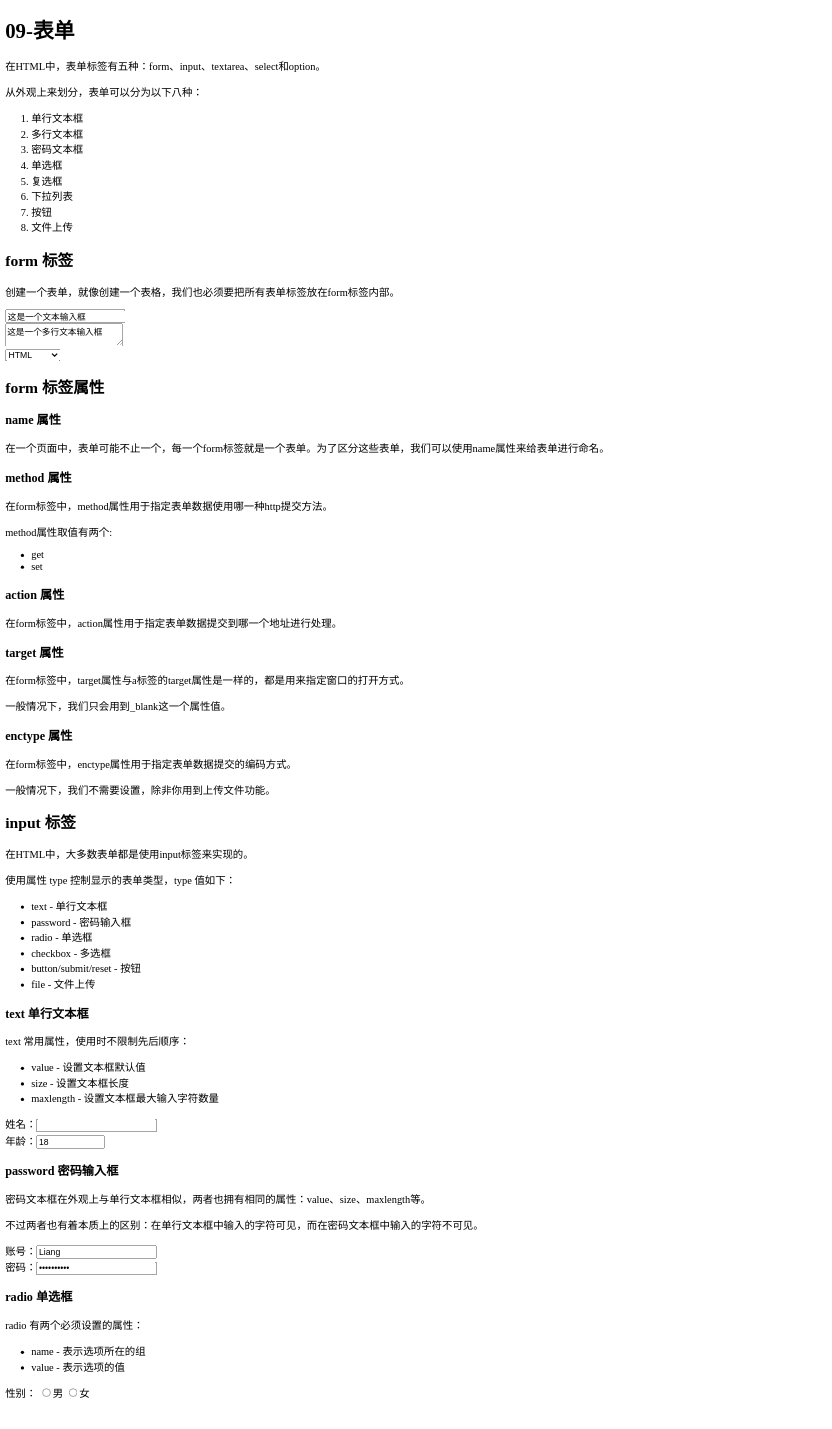
Repository: liang-n/front-end-basics
Page: 09-表单.html
The author's editor kept a copy of each file at every save. The page is drawn from the files as they stood at one save, then again after a run of saves.
The browser window is 1280 px wide. The pictures show the whole page, at 65% of full size.

Above is the page before, as saved 2022-05-15 16:59:56.

After the next 4 saves:
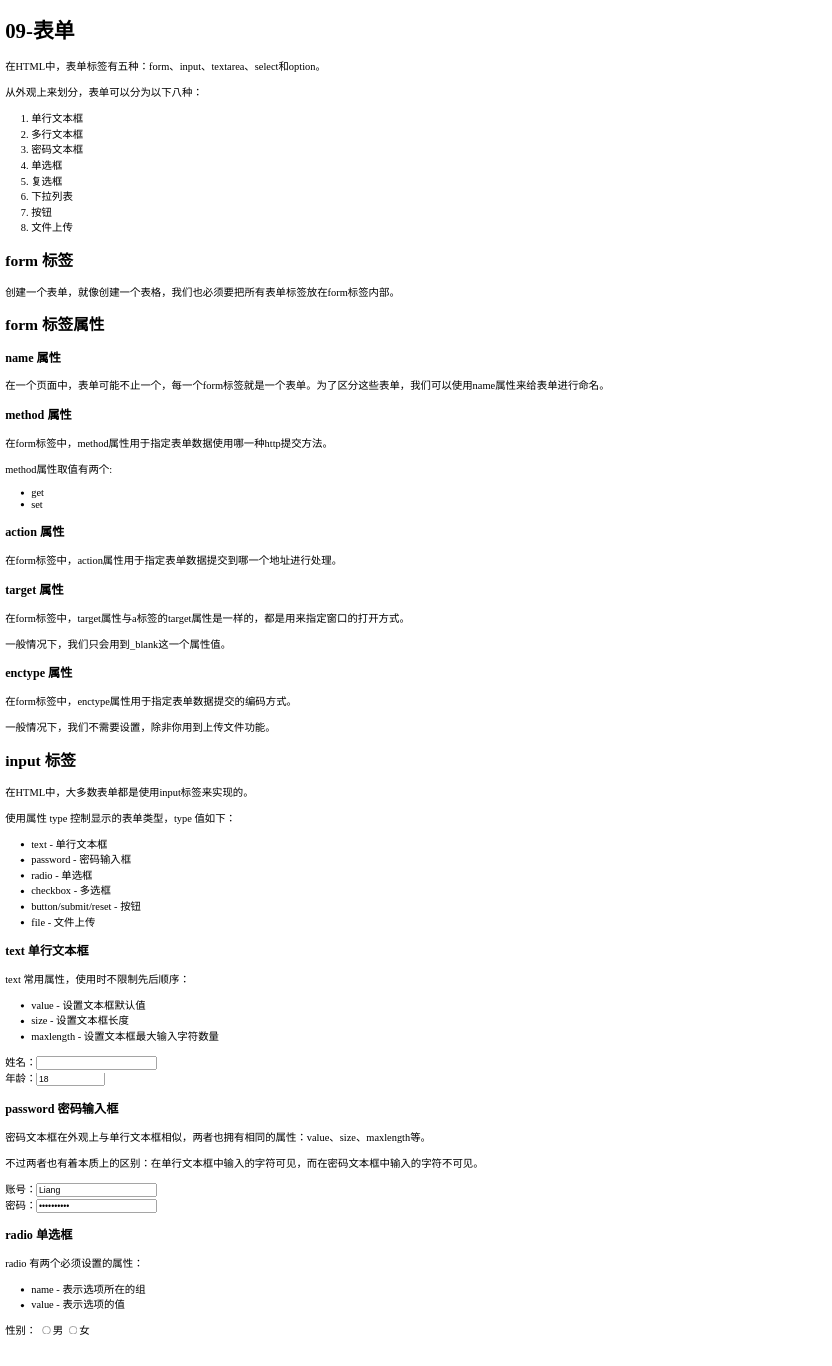
The 4 saves are shown as one change because they came seconds apart.
The last was saved 71 s later.
--- a/09-表单.html
+++ b/09-表单.html
@@ -23,15 +23,6 @@
 
     <h2>form 标签</h2>
     <p>创建一个表单，就像创建一个表格，我们也必须要把所有表单标签放在form标签内部。</p>
-    <form>
-        <input type="text" value="这是一个文本输入框"><br>
-        <textarea>这是一个多行文本输入框</textarea><br>
-        <select>
-            <option>HTML</option>
-            <option>CSS</option>
-            <option>JavaScript</option>
-        </select>
-    </form>
 
     <h2>form 标签属性</h2>
     <h3>name 属性</h3>

After the 2 saves that followed:
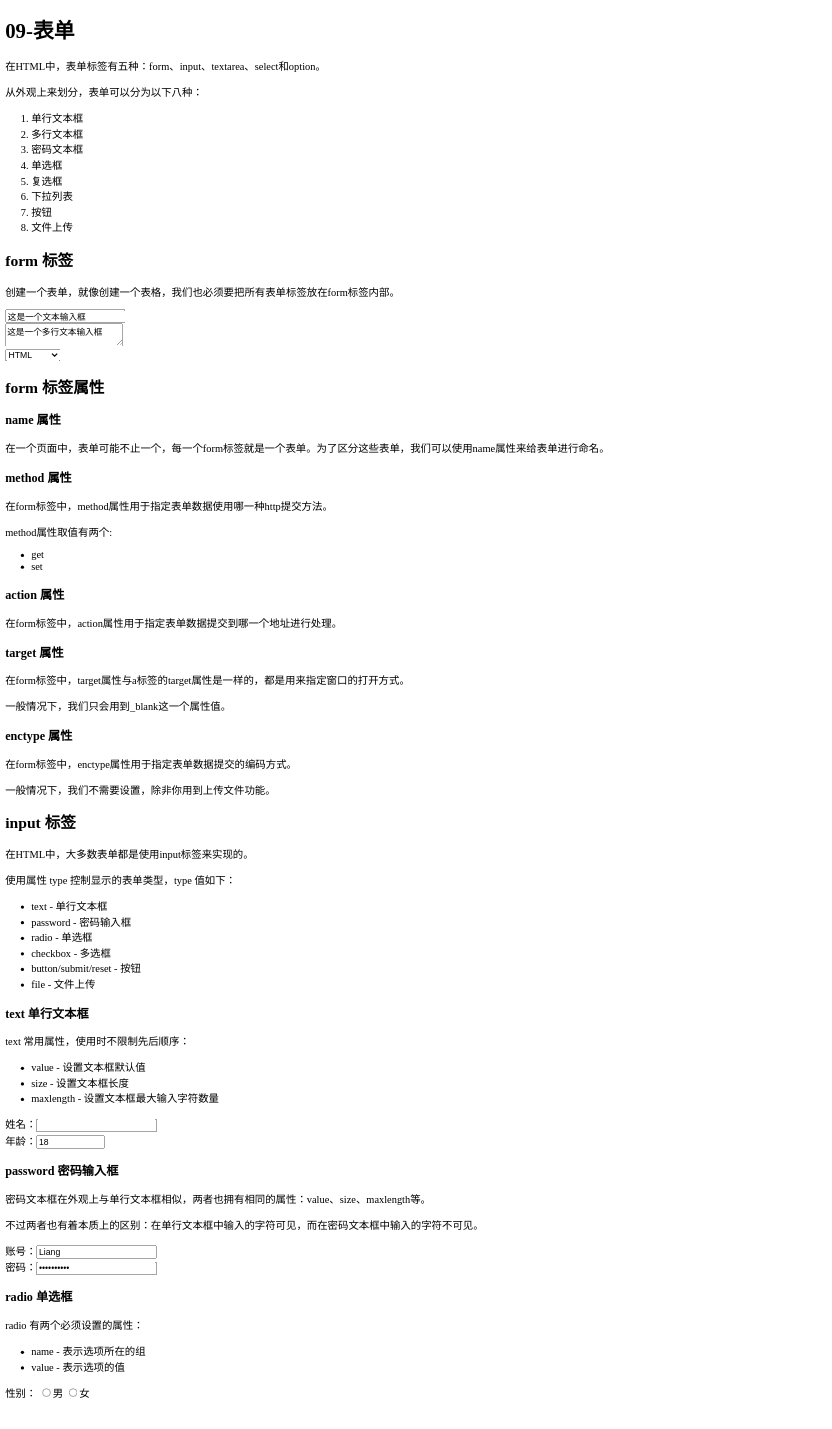
The 2 saves are shown as one change because 1 left the picture as it was.
The last was saved 21 s later.
--- a/09-表单.html
+++ b/09-表单.html
@@ -23,6 +23,15 @@
 
     <h2>form 标签</h2>
     <p>创建一个表单，就像创建一个表格，我们也必须要把所有表单标签放在form标签内部。</p>
+    <form>
+        <input type="text" value="这是一个文本输入框"><br>
+        <textarea>这是一个多行文本输入框</textarea><br>
+        <select>
+            <option>HTML</option>
+            <option>CSS</option>
+            <option>JavaScript</option>
+        </select>
+    </form>
 
     <h2>form 标签属性</h2>
     <h3>name 属性</h3>
